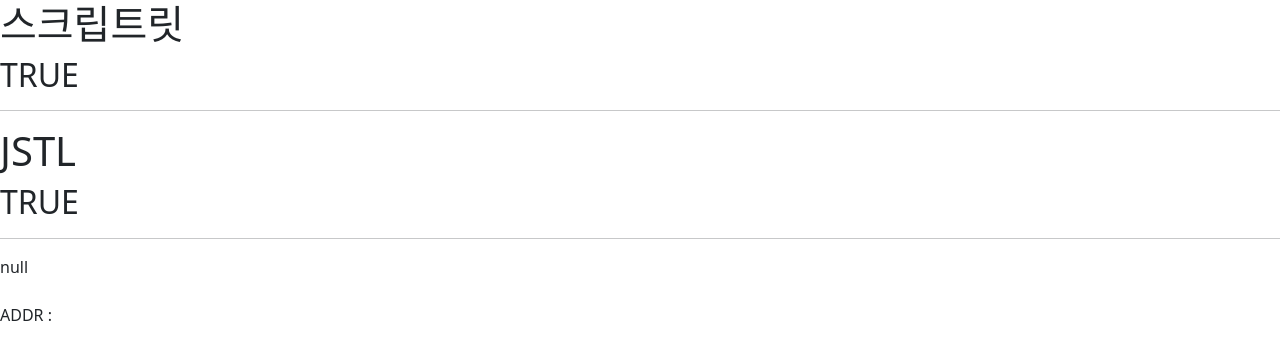
Repository: yeobleeme/06_jsp_basic
Page: http://localhost/jsp01_basic/jsp11_jstl/jsp02_if.jsp
An editor plug-in stored every save of this project. The page is shown before and after the next save, followed by the edit.
The browser window is 1280 px wide. The pictures show the whole page.
The page is served by Tomcat 9.

Above is the page before, as saved 2023-05-15 01:53:55.

After the next save:
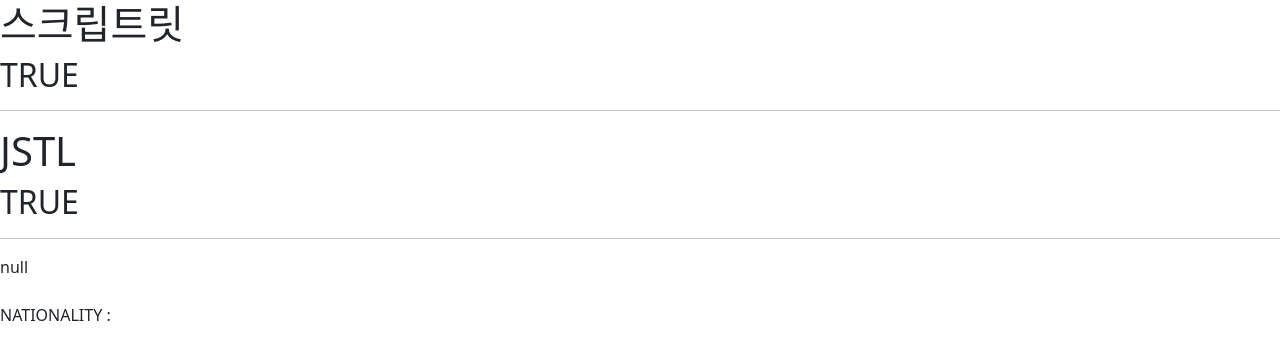
Saved 16 s later.
--- a/jsp01_basic/WebContent/jsp11_jstl/jsp02_if.jsp
+++ b/jsp01_basic/WebContent/jsp11_jstl/jsp02_if.jsp
@@ -37,7 +37,7 @@
 		MY AGE IS <%= request.getParameter("age") %>.  <br />
 		MY AGE IS ${ param.age }.
 	</c:if>
-	ADDR : ${ param.addr }
+	NATIONALITY : ${ param.addr }
 
 
 </body>
